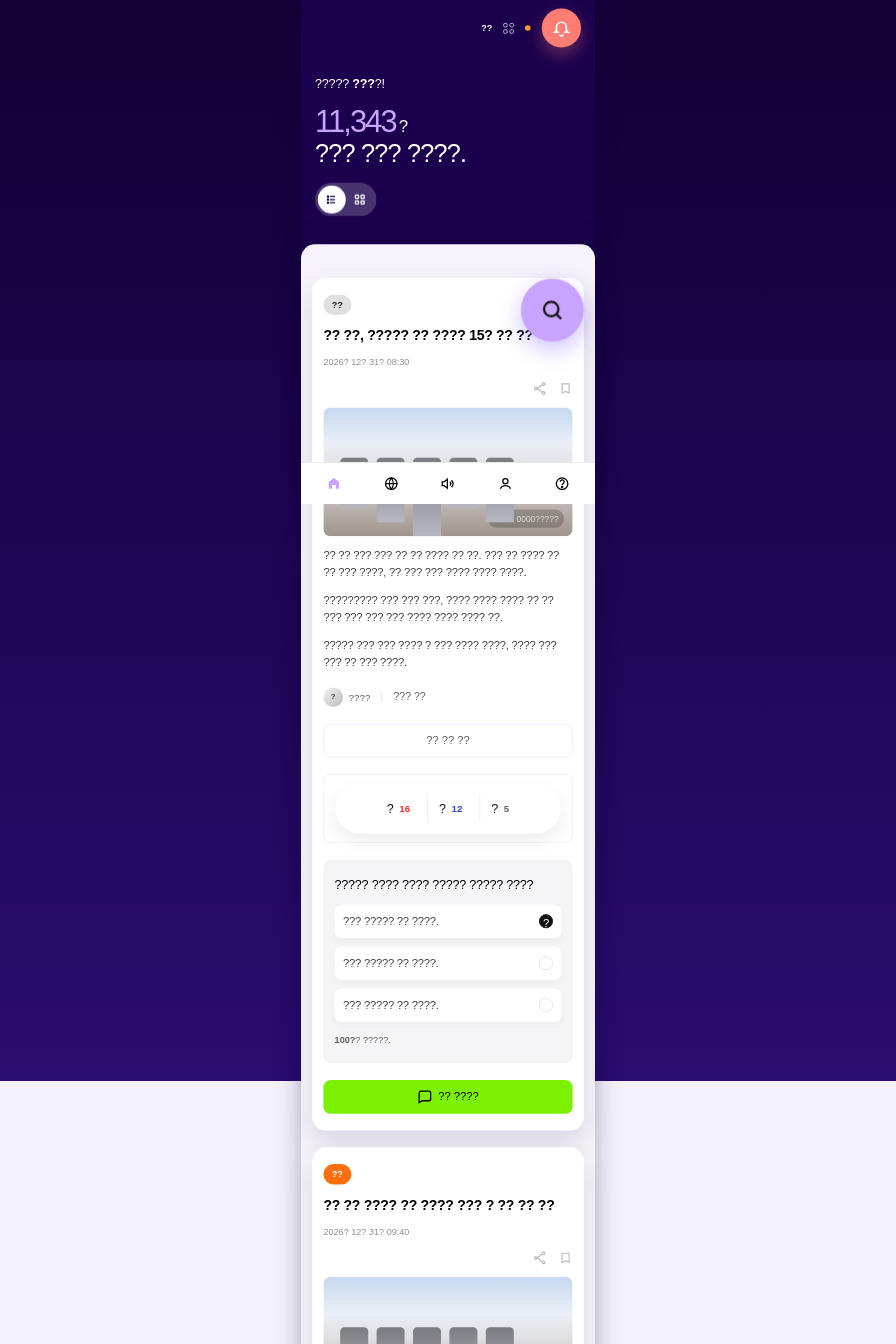
Repository: hanhyochan/NewsRoll
Page: /
These files come from the project's save history. The page is drawn as it stood at one moment and after the next save; the edit follows.
The browser window is 1280 px wide. The pictures show the part of the page from y = 0 to 1920 px (the page is 4063 px tall), at 70% of full size.
The project was rebuilt for these pictures with package versions that can differ from the ones it lists, and the page was loaded fresh each time. The framework's server and built-in components were replaced by stand-ins that run in the browser. Also part of the build but not shown: next.config.mjs.

Above is the page before, as saved 2026-03-31 17:20:33.

### src/app/layout.tsx
import type { Metadata } from 'next';
import './globals.css';

export const metadata: Metadata = {
    title: '뉴스를 읽자. - 뉴스롤',
    description: '뉴스가 어려운 사람들을 위한 뉴스 앱, 뉴스롤',
};

export default function RootLayout({ children }: Readonly<{ children: React.ReactNode }>) {
    return (
        <html lang="ko">
            <body>{children}</body>
        </html>
    );
}

### src/app/page.tsx
import { MobileFrame } from "@/components/layout/mobile-frame";
import { NewsHomeScreen } from "@/components/news/news-home-screen";

export default function HomePage() {
  return (
    <MobileFrame>
      <NewsHomeScreen />
    </MobileFrame>
  );
}

### src/app/globals.css
@import "tailwindcss";

:root {
  --background: #f4f1ff;
  --foreground: #111111;
  --surface: #ffffff;
  --surface-muted: #f5f5f7;
  --brand-deep: #1b014d;
  --brand-mid: #7952ff;
  --brand-soft: #c8a4ff;
  --brand-accent: #ff7d73;
  --brand-lime: #7bf000;
  --text-muted: #8f8f8f;
  --line: #e6e2ef;
  --shadow-card: 0 18px 40px rgba(9, 2, 35, 0.12);
  --shadow-float: 0 12px 32px rgba(121, 82, 255, 0.35);
}

* {
  box-sizing: border-box;
}

html {
  background: linear-gradient(180deg, #120036 0%, #2a0d70 38%, #f4f1ff 38%, #f4f1ff 100%);
}

body {
  margin: 0;
  min-height: 100vh;
  color: var(--foreground);
  font-family: "Pretendard", "Noto Sans KR", sans-serif;
  background: transparent;
}

a {
  color: inherit;
  text-decoration: none;
}

button,
input {
  font: inherit;
}

@layer utilities {
  .text-balance {
    text-wrap: balance;
  }
}

### src/components/layout/mobile-frame.tsx
import type { ReactNode } from "react";

type MobileFrameProps = {
  children: ReactNode;
};

export function MobileFrame({ children }: MobileFrameProps) {
  return <main className="mx-auto min-h-screen w-full max-w-[420px] bg-[var(--brand-deep)] shadow-[var(--shadow-card)]">{children}</main>;
}

### src/components/news/news-home-screen.tsx
import { heroNews } from '@/lib/mock-news';

const toneClass = {
    neutral: 'bg-[#E0E0E0] text-[#212121]',
    orange: 'bg-[#FF6F0E] text-white',
    brown: 'bg-[#A1401A] text-white',
} as const;

const reactionToneClass = {
    positive: 'text-[#E7342F]',
    negative: 'text-[#2D4BC7]',
    neutral: 'text-[#616161]',
} as const;

function AppLogo() {
    return (
        <div className="flex items-center gap-4 text-white">
            <div className="text-[13px] font-semibold tracking-[-0.2px]">??</div>
            <div className="grid grid-cols-2 gap-[3px]">
                {Array.from({ length: 4 }).map((_, index) => (
                    <span
                        key={index}
                        className="h-[6px] w-[6px] rounded-[2px] border border-white/90"
                    />
                ))}
            </div>
        </div>
    );
}

function StatusBar() {
    return (
        <div className="flex items-center justify-between px-4 pt-3 text-sm text-white">
            <span className="font-semibold tracking-[0.02em]">9:09</span>
            <div className="flex items-center gap-2">
                <span className="h-2 w-2 rounded-full bg-white/90" />
                <span className="h-2 w-4 rounded-full bg-white/90" />
                <span className="h-2 w-6 rounded-sm border border-white/90" />
            </div>
        </div>
    );
}

function Header() {
    return (
        <header className="px-[20px] pb-10 pt-3 text-white">
            <div className="flex items-center justify-end gap-4">
                <AppLogo />
                <span className="h-2 w-2 rounded-full bg-[#FF9B26]" />
                <button
                    type="button"
                    aria-label="??"
                    className="grid h-14 w-14 place-items-center rounded-full bg-[var(--brand-accent)] shadow-[0_10px_24px_rgba(255,125,115,0.35)]"
                >
                    <BellIcon />
                </button>
            </div>

            <div className="mt-10 space-y-6">
                <p className="text-[18px] leading-6 tracking-[-0.3px]">
                    ????? <span className="font-bold">???</span>?!
                </p>

                <div className="space-y-1">
                    <p className="text-[44px] font-medium leading-9 tracking-[-0.06em] text-[var(--brand-soft)]">
                        11,343<span className="ml-1 text-2xl font-normal text-white">?</span>
                    </p>
                    <p className="text-4xl leading-9 tracking-[-0.03em] text-white">
                        ??? ??? ????.
                    </p>
                </div>

                <div className="inline-flex rounded-full bg-white/20 p-1 backdrop-blur-sm">
                    <button
                        type="button"
                        className="grid h-10 w-10 place-items-center rounded-full bg-white text-[var(--brand-deep)]"
                        aria-label="?? ??"
                    >
                        <ListIcon />
                    </button>
                    <button
                        type="button"
                        className="grid h-10 w-10 place-items-center rounded-full text-white"
                        aria-label="??? ??"
                    >
                        <GridIcon />
                    </button>
                </div>
            </div>
        </header>
    );
}

function SearchFab() {
    return (
        <button
            type="button"
            aria-label="??"
            className="absolute right-4 top-[398px] z-20 grid h-[90px] w-[90px] place-items-center rounded-full bg-[var(--brand-soft)] shadow-[var(--shadow-float)]"
        >
            <SearchIcon />
        </button>
    );
}

type ReactionBarProps = {
    reactions: (typeof heroNews)[number]['reactions'];
};

function ReactionBar({ reactions }: ReactionBarProps) {
    return (
        <div className="flex items-center justify-center rounded-full bg-white px-6 py-4 shadow-[0_10px_24px_rgba(17,17,17,0.08)]">
            {reactions.map((reaction, index) => (
                <div key={reaction.label} className="flex items-center gap-2">
                    <span className="text-lg">
                        {reaction.label === '???' ? '?' : reaction.label === '???' ? '?' : '?'}
                    </span>
                    <span className={`text-sm font-semibold ${reactionToneClass[reaction.tone]}`}>
                        {reaction.count}
                    </span>
                    {index < reactions.length - 1 ? (
                        <span className="mx-4 h-10 w-px bg-[#E8E8E8]" />
                    ) : null}
                </div>
            ))}
        </div>
    );
}

type PollCardProps = {
    question: string;
    choices: (typeof heroNews)[number]['pollChoices'];
    count: number;
};

function PollCard({ question, choices, count }: PollCardProps) {
    return (
        <section className="rounded-[10px] bg-[var(--surface-muted)] px-4 py-6">
            <h3 className="text-[18px] font-medium leading-6 tracking-[-0.02em] text-black">
                {question}
            </h3>
            <div className="mt-4 space-y-3">
                {choices.map((choice) => (
                    <button
                        key={choice.label}
                        type="button"
                        className="flex w-full items-center justify-between rounded-[10px] bg-white px-3 py-3 text-left text-base leading-6 tracking-[-0.02em] text-[#424242] shadow-[0_4px_12px_rgba(17,17,17,0.04)]"
                    >
                        <span className="max-w-[220px]">{choice.label}</span>
                        <span
                            className={`grid h-5 w-5 place-items-center rounded-full border ${choice.selected ? 'border-[#111111] bg-[#111111] text-white' : 'border-[#D9D9D9] text-transparent'}`}
                        >
                            ?
                        </span>
                    </button>
                ))}
            </div>
            <p className="mt-4 text-[13px] font-medium text-[#616161]">
                <span className="font-semibold">{count}?</span>? ?????.
            </p>
        </section>
    );
}

type NewsCardProps = {
    item: (typeof heroNews)[number];
};

function NewsCard({ item }: NewsCardProps) {
    return (
        <article className="rounded-[20px] bg-white px-4 py-6 shadow-[var(--shadow-card)]">
            <div className="space-y-4">
                <span
                    className={`inline-flex rounded-full px-3 py-2 text-[13px] font-semibold leading-none ${toneClass[item.categoryTone]}`}
                >
                    {item.category}
                </span>
                <div>
                    <h2 className="text-[20px] font-semibold leading-[1.3] tracking-[-0.02em] text-black">
                        {item.title}
                    </h2>
                    <p className="mt-4 text-[13px] text-[var(--text-muted)]">{item.publishedAt}</p>
                </div>

                <div className="flex items-center justify-end gap-4 text-[#BDBDBD]">
                    <ShareIcon />
                    <BookmarkIcon />
                </div>

                <div className="overflow-hidden rounded-[10px]">
                    <div className="relative h-[184px] rounded-[10px] bg-[linear-gradient(180deg,#c7d8ef_0%,#e9eef6_28%,#c7b9ad_100%)]">
                        <div className="absolute inset-x-0 bottom-0 h-24 bg-[linear-gradient(180deg,transparent_0%,rgba(62,58,58,0.28)_100%)]" />
                        <div className="absolute bottom-3 right-3 rounded-full bg-black/20 px-2 py-1 text-[12px] text-white/70">
                            ????: 0000?????
                        </div>
                        <div className="absolute bottom-0 left-6 flex gap-3">
                            {Array.from({ length: 5 }).map((_, index) => (
                                <div
                                    key={index}
                                    className="w-10 rounded-t-[6px] bg-[linear-gradient(180deg,#7b7b82_0%,#b6b8c0_100%)]"
                                    style={{ height: `${72 + (index % 3) * 20}px` }}
                                />
                            ))}
                        </div>
                    </div>
                </div>

                <div className="space-y-4 text-[16px] leading-6 tracking-[-0.02em] text-[#424242]">
                    {item.summary.map((paragraph) => (
                        <p key={paragraph}>{paragraph}</p>
                    ))}
                </div>
            </div>

            <div className="mt-6 flex items-center gap-4 text-[#616161]">
                <div className="flex items-center gap-2">
                    <div className="grid h-7 w-7 place-items-center rounded-full bg-[linear-gradient(135deg,#f2f2f2_0%,#bcbcbc_100%)] text-[11px] font-bold text-[#4b4b4b]">
                        {item.publisher.slice(0, 1)}
                    </div>
                    <span className="text-sm font-medium">{item.publisher}</span>
                </div>
                <span className="h-4 w-px bg-[#D7D7D7]" />
                <span className="text-[15px] font-medium">{item.reporter}</span>
            </div>

            <button
                type="button"
                className="mt-6 h-12 w-full rounded-[10px] border border-[var(--line)] bg-white text-base font-medium text-[#616161]"
            >
                ?? ?? ??
            </button>

            <div className="mt-6 rounded-[10px] border border-[#EFEAF8] bg-white px-4 py-3">
                <ReactionBar reactions={item.reactions} />
            </div>

            <div className="mt-6">
                <PollCard
                    question={item.pollQuestion}
                    choices={item.pollChoices}
                    count={item.pollCount}
                />
            </div>

            <button
                type="button"
                className="mt-6 flex h-12 w-full items-center justify-center gap-2 rounded-[10px] bg-[var(--brand-lime)] text-base font-semibold text-black"
            >
                <CommentIcon />
                ?? ????
            </button>
        </article>
    );
}

function BottomNav() {
    const items = [
        { label: '?', active: true, icon: <HomeIcon /> },
        { label: '??', icon: <GlobeIcon /> },
        { label: '???', icon: <SoundIcon /> },
        { label: '???', icon: <UserIcon /> },
        { label: '???', icon: <HelpIcon /> },
    ];

    return (
        <nav className="sticky bottom-0 flex h-[60px] items-center justify-between border-t border-[#E0E0E0] bg-white px-9">
            {items.map((item) => (
                <button
                    key={item.label}
                    type="button"
                    className={`grid place-items-center gap-1 text-[11px] ${item.active ? 'text-[var(--brand-soft)]' : 'text-black'}`}
                    aria-label={item.label}
                >
                    {item.icon}
                </button>
            ))}
        </nav>
    );
}

export function NewsHomeScreen() {
    return (
        <div className="relative min-h-screen bg-[var(--brand-deep)]">
            <Header />
            <SearchFab />
            <section className="rounded-t-[20px] bg-[#f6f3fb] px-4 pb-6 pt-12 shadow-[0_-8px_30px_rgba(9,2,35,0.18)]">
                <div className="space-y-6">
                    {heroNews.map((item) => (
                        <NewsCard key={`${item.category}-${item.title}`} item={item} />
                    ))}
                </div>
            </section>
            <BottomNav />
        </div>
    );
}

function BellIcon() {
    return (
        <svg
            width="28"
            height="28"
            viewBox="0 0 24 24"
            fill="none"
            stroke="currentColor"
            strokeWidth="2"
        >
            <path d="M15 17h5l-1.4-1.4A2 2 0 0 1 18 14.2V11a6 6 0 1 0-12 0v3.2a2 2 0 0 1-.6 1.4L4 17h5" />
            <path d="M10 20a2 2 0 0 0 4 0" />
        </svg>
    );
}

function SearchIcon() {
    return (
        <svg
            width="38"
            height="38"
            viewBox="0 0 24 24"
            fill="none"
            stroke="#111111"
            strokeWidth="2"
        >
            <circle cx="11" cy="11" r="6.5" />
            <path d="m16 16 4 4" />
        </svg>
    );
}

function ListIcon() {
    return (
        <svg
            width="18"
            height="18"
            viewBox="0 0 20 20"
            fill="none"
            stroke="currentColor"
            strokeWidth="2"
        >
            <path d="M7 5h8M7 10h8M7 15h8" />
            <circle cx="4" cy="5" r="1" fill="currentColor" />
            <circle cx="4" cy="10" r="1" fill="currentColor" />
            <circle cx="4" cy="15" r="1" fill="currentColor" />
        </svg>
    );
}

function GridIcon() {
    return (
        <svg
            width="18"
            height="18"
            viewBox="0 0 20 20"
            fill="none"
            stroke="currentColor"
            strokeWidth="2"
        >
            <rect x="3" y="3" width="5" height="5" rx="1" />
            <rect x="12" y="3" width="5" height="5" rx="1" />
            <rect x="3" y="12" width="5" height="5" rx="1" />
            <rect x="12" y="12" width="5" height="5" rx="1" />
        </svg>
    );
}

function HomeIcon() {
    return (
        <svg width="22" height="22" viewBox="0 0 24 24" fill="currentColor">
            <path d="M12 3 4 9v10a1 1 0 0 0 1 1h4v-6h6v6h4a1 1 0 0 0 1-1V9z" />
        </svg>
    );
}

function GlobeIcon() {
    return (
        <svg
            width="22"
            height="22"
            viewBox="0 0 24 24"
            fill="none"
            stroke="currentColor"
            strokeWidth="2"
        >
            <circle cx="12" cy="12" r="9" />
            <path d="M3 12h18M12 3a15 15 0 0 1 0 18M12 3a15 15 0 0 0 0 18" />
        </svg>
    );
}

function SoundIcon() {
    return (
        <svg
            width="22"
            height="22"
            viewBox="0 0 24 24"
            fill="none"
            stroke="currentColor"
            strokeWidth="2"
        >
            <path d="M11 5 6 9H3v6h3l5 4z" />
            <path d="M15 9a4 4 0 0 1 0 6" />
            <path d="M17.5 6.5a7.5 7.5 0 0 1 0 11" />
        </svg>
    );
}

function UserIcon() {
    return (
        <svg
            width="22"
            height="22"
            viewBox="0 0 24 24"
            fill="none"
            stroke="currentColor"
            strokeWidth="2"
        >
            <circle cx="12" cy="8" r="4" />
            <path d="M4 20c1.5-3.5 4.3-5 8-5s6.5 1.5 8 5" />
        </svg>
    );
}

function HelpIcon() {
    return (
        <svg
            width="22"
            height="22"
            viewBox="0 0 24 24"
            fill="none"
            stroke="currentColor"
            strokeWidth="2"
        >
            <circle cx="12" cy="12" r="9" />
            <path d="M9.1 9a3 3 0 1 1 5.8 1c0 2-3 2-3 4" />
            <circle cx="12" cy="17" r="1" fill="currentColor" />
        </svg>
    );
}

function ShareIcon() {
    return (
        <svg
            width="22"
            height="22"
            viewBox="0 0 24 24"
            fill="none"
            stroke="currentColor"
            strokeWidth="2"
        >
            <circle cx="18" cy="5" r="2" />
            <circle cx="6" cy="12" r="2" />
            <circle cx="18" cy="19" r="2" />
            <path d="m8 12 8-6M8 12l8 6" />
        </svg>
    );
}

function BookmarkIcon() {
    return (
        <svg
            width="20"
            height="22"
            viewBox="0 0 24 24"
            fill="none"
            stroke="currentColor"
            strokeWidth="2"
        >
            <path d="M6 4h12v16l-6-3-6 3z" />
        </svg>
    );
}

function CommentIcon() {
    return (
        <svg
            width="22"
            height="22"
            viewBox="0 0 24 24"
            fill="none"
            stroke="currentColor"
            strokeWidth="2"
        >
            <path d="M21 15a3 3 0 0 1-3 3H8l-5 3V6a3 3 0 0 1 3-3h12a3 3 0 0 1 3 3z" />
        </svg>
    );
}

Loaded but not shown: src/lib/mock-news.ts (77 lines, source omitted)

After the next save:
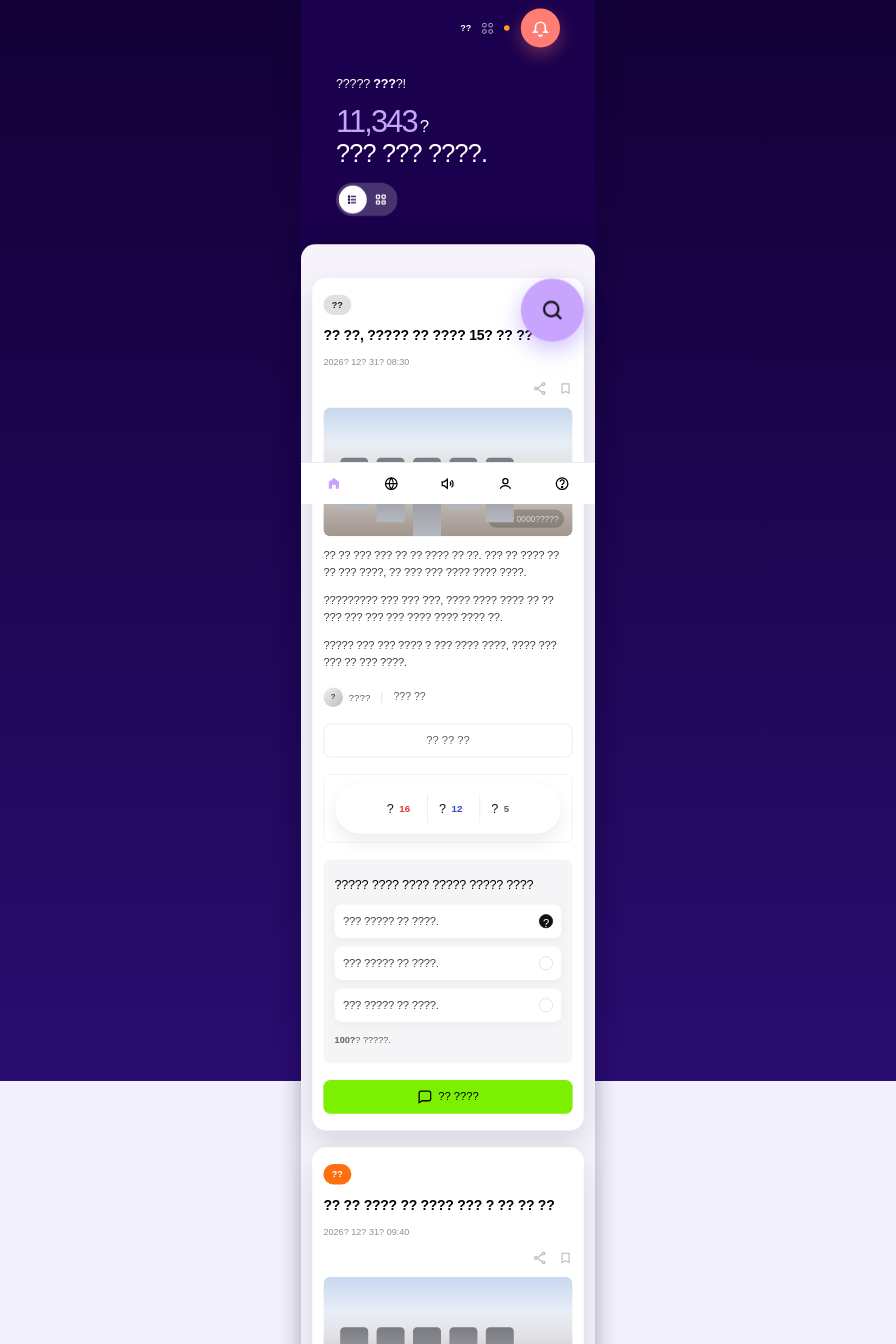
Saved 25 s later.
--- a/src/components/news/news-home-screen.tsx
+++ b/src/components/news/news-home-screen.tsx
@@ -43,7 +43,7 @@
 
 function Header() {
     return (
-        <header className="px-[20px] pb-10 pt-3 text-white">
+        <header className="px-[50px] pb-10 pt-3 text-white">
             <div className="flex items-center justify-end gap-4">
                 <AppLogo />
                 <span className="h-2 w-2 rounded-full bg-[#FF9B26]" />

After the save that followed:
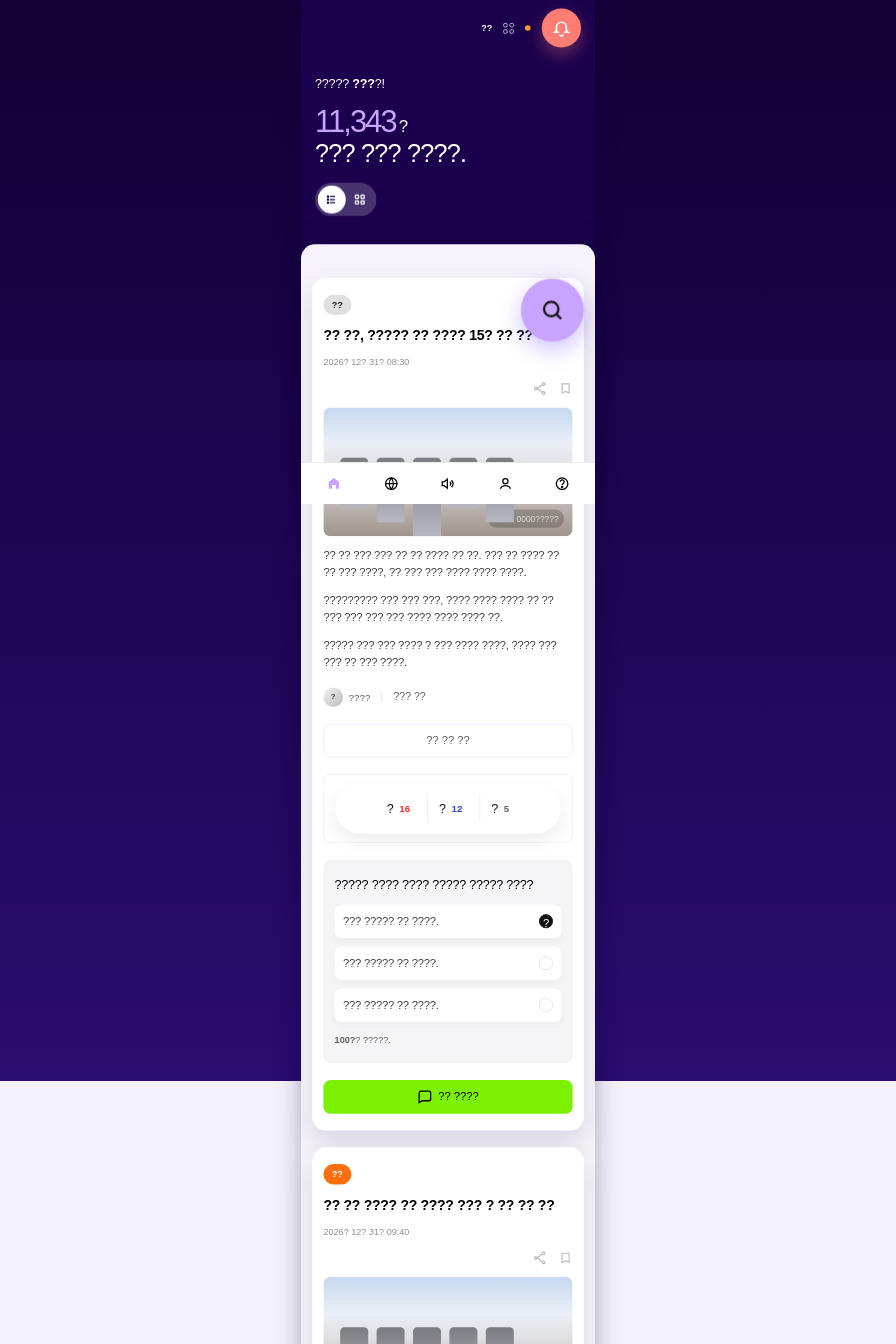
Saved 5 s later.
--- a/src/components/news/news-home-screen.tsx
+++ b/src/components/news/news-home-screen.tsx
@@ -43,7 +43,7 @@
 
 function Header() {
     return (
-        <header className="px-[50px] pb-10 pt-3 text-white">
+        <header className="px-[20px] pb-10 pt-3 text-white">
             <div className="flex items-center justify-end gap-4">
                 <AppLogo />
                 <span className="h-2 w-2 rounded-full bg-[#FF9B26]" />
